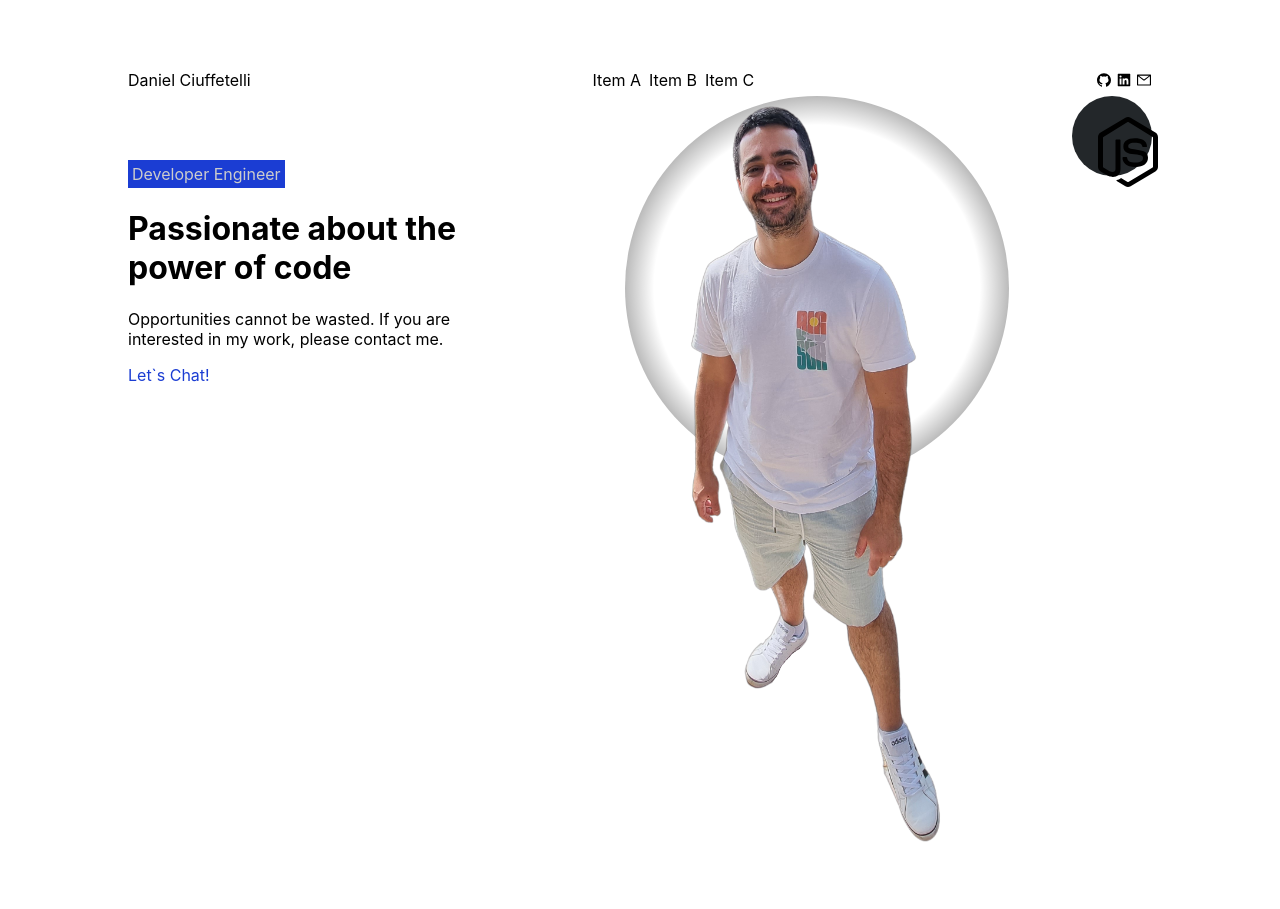
Repository: ciuffetelli/portfolio
Page: /
These files come from the project's save history. The page is drawn as it stood at one moment and after the next save; the edit follows.
The browser window is 1280 px wide. The pictures show the whole page.
The project was rebuilt for these pictures with package versions that can differ from the ones it lists, and the page was loaded fresh each time. The framework's server and built-in components were replaced by stand-ins that run in the browser. Also part of the build but not shown: next.config.js.

Above is the page before, as saved 2022-12-04 16:49:58.

After the next save:
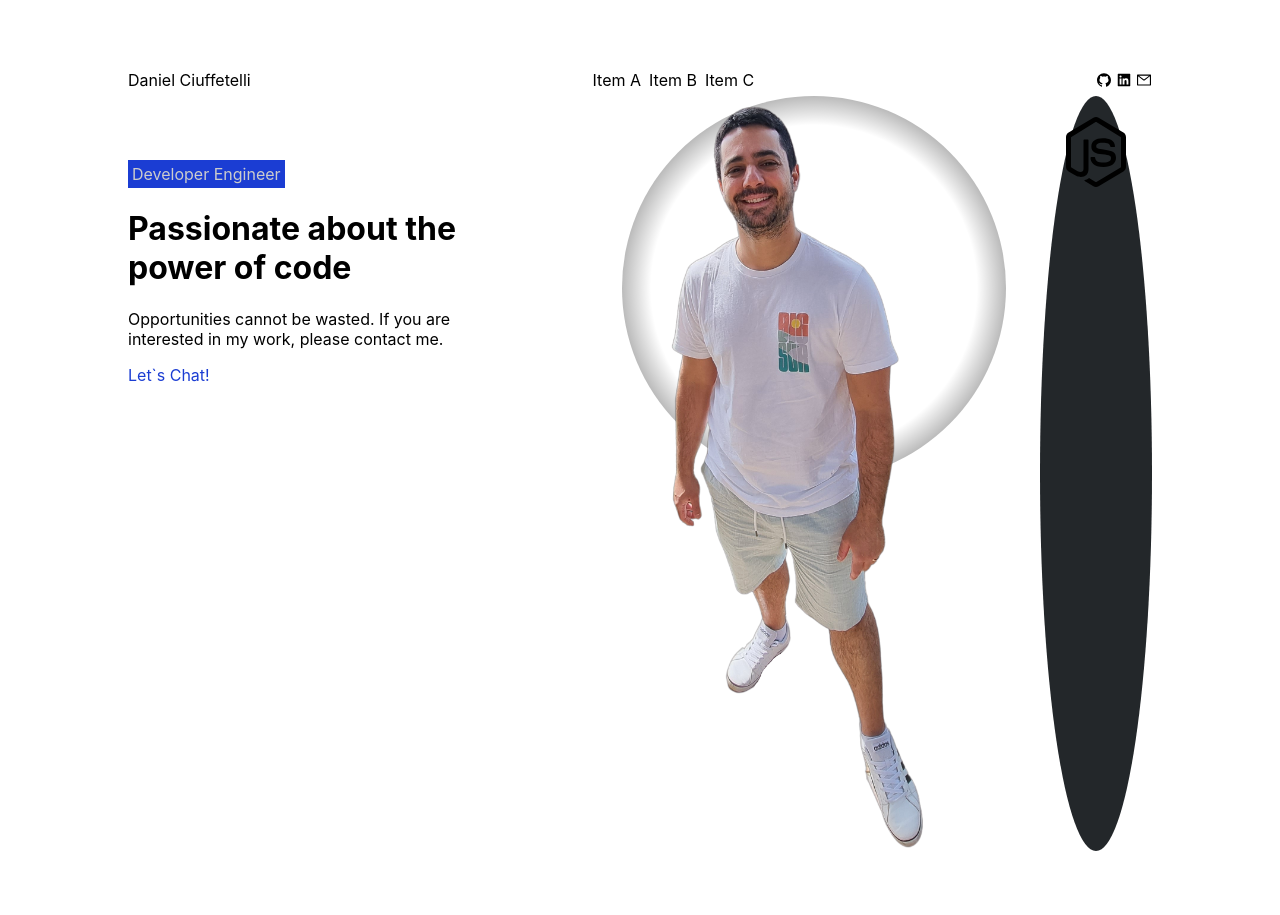
Saved 7 s later.
--- a/Components/Hero.tsx
+++ b/Components/Hero.tsx
@@ -76,8 +76,8 @@
 
 const Tech = styled.div`
     font-size: 5rem;
-    width: 5rem;
-    height: 5rem;
+    /* width: 5rem; */
+    /* height: 5rem; */
     padding: 1rem;
     justify-content: center;
     align-items: center;
